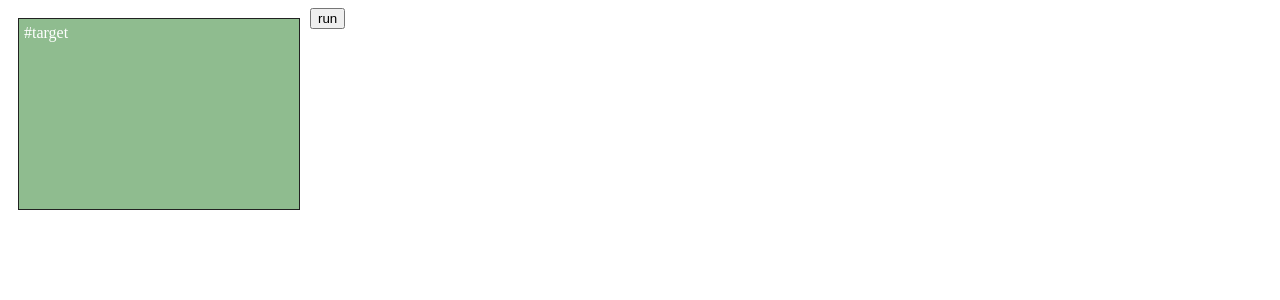
Repository: silenttemplar/java_start_project
Page: hansung_ee_2014/hansung_jquery_exercise/WebContent/14. Animate.html
An editor plug-in stored every save of this project. The page is shown before and after the next save, followed by the edit.
The browser window is 1280 px wide. The pictures show the whole page.
After loading, the first visible `input` was clicked once.

Above is the page before, as saved 2014-08-27 08:34:45.

### hansung_ee_2014/hansung_jquery_exercise/WebContent/14. Animate.html
<html>
<head>
<title>Animate</title>
<script src="./jquery-2.1.0.min.js"></script>
<script type="text/javascript">
	/**
	 * 대상 : div
	 * 기능 : div 크기 변경 (애니메이션 효과)
	 * 함수 : animate(), width(), height()
	 */
	function run() {
		 $("#target").animate({
									 "width":$("#target").width()*1.8,
		 							"height":$("#target").height()*1.8
									},500);

	}
</script>

</head>

<body>
	<div id="target"
		style="color: rgb(255, 255, 255); width: 150px; height: 100px; float: left; border: 1px solid rgb(34, 34, 34); background-color: rgb(143, 188, 143); margin: 10px; padding: 5px; background-position: initial initial; background-repeat: initial initial;">
		#target<br>
	</div>
	<input type="button" value="run" onclick="run()" />
</body>
</html>

Loaded but not shown: hansung_ee_2014/hansung_jquery_exercise/WebContent/jquery-2.1.0.min.js (library)

After the next save:
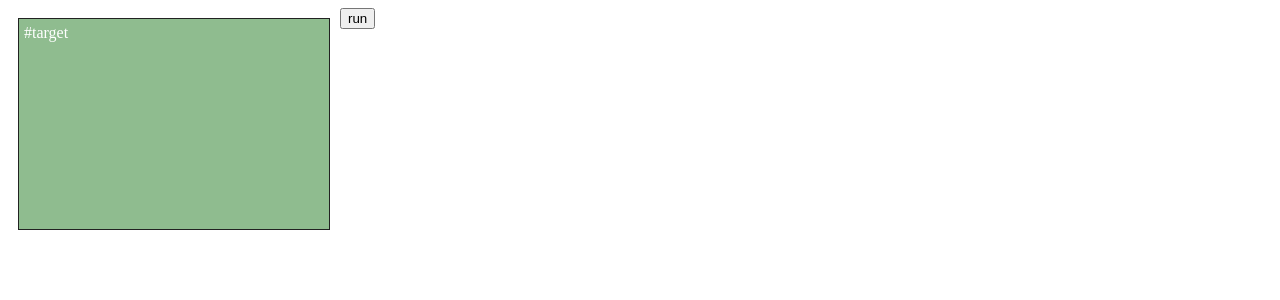
Saved 8 s later.
--- a/hansung_ee_2014/hansung_jquery_exercise/WebContent/14. Animate.html
+++ b/hansung_ee_2014/hansung_jquery_exercise/WebContent/14. Animate.html
@@ -10,8 +10,8 @@
 	 */
 	function run() {
 		 $("#target").animate({
-									 "width":$("#target").width()*1.8,
-		 							"height":$("#target").height()*1.8
+									 "width":$("#target").width()*2,
+		 							"height":$("#target").height()*2
 									},500);
 
 	}
